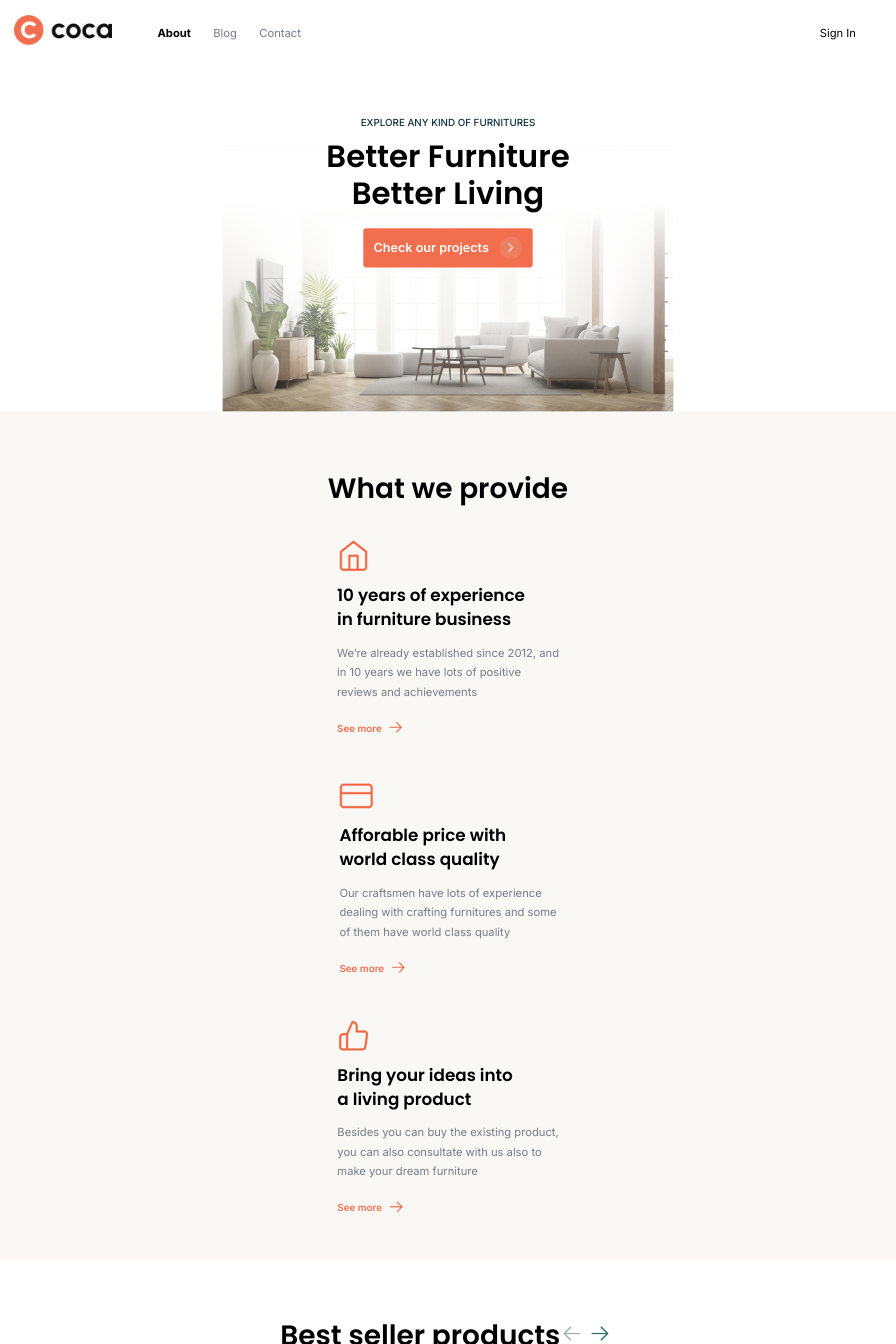
Repository: MatheusEich15/FrontEnd
Page: Prova 1 FrontEnd/Prova 1 FrontEnd/index.html
The author's editor kept a copy of each file at every save. The page is drawn from the files as they stood at one save, then again after a run of saves.
The browser window is 1280 px wide. The pictures show the part of the page from y = 0 to 1920 px (the page is 4958 px tall), at 70% of full size.

Above is the page before, as saved 2026-03-13 10:42:04.

After the next 3 saves:
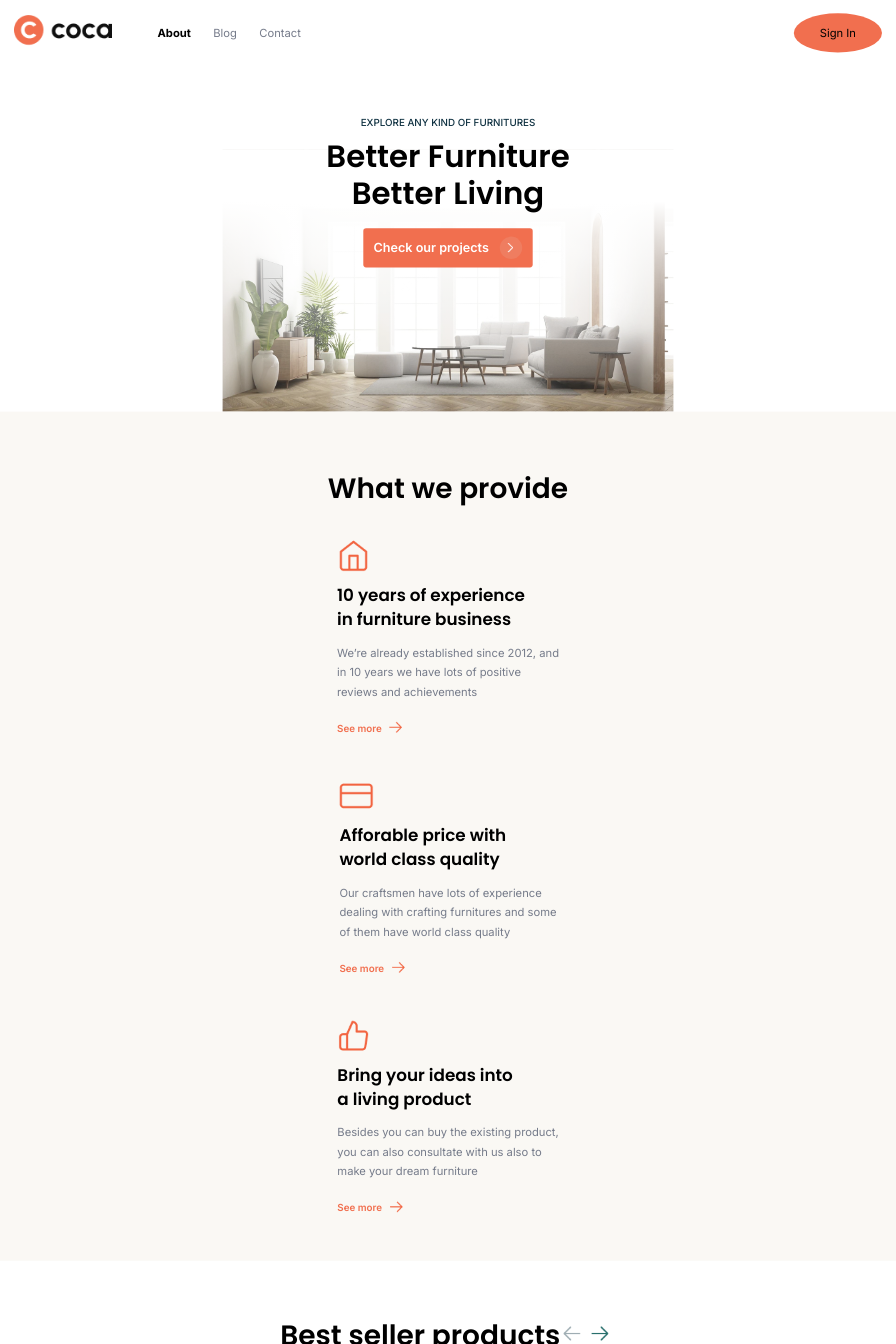
The 3 saves are shown as one change because they came seconds apart.
The last was saved 10 s later.
--- a/Prova 1 FrontEnd/Prova 1 FrontEnd/style.css
+++ b/Prova 1 FrontEnd/Prova 1 FrontEnd/style.css
@@ -631,7 +631,8 @@ footer {
     #sign-in-btn {
         width: 7.875rem;
         height: 3.5rem;
-        background-color: var();
+        background-color: var(--orange);
+        border-radius: 100%;
         display: flex;
         justify-content: center;
         align-items: center;
